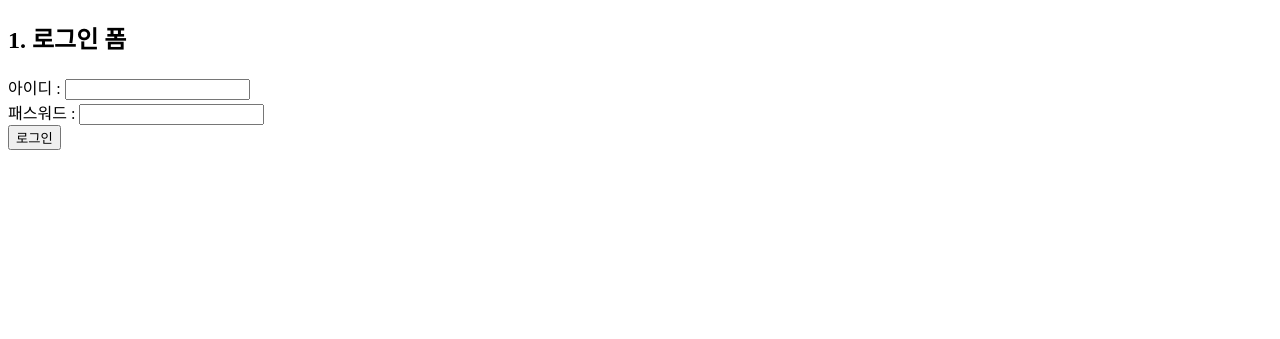
Repository: Park-Dongheon/Servlet-JSP_Training
Page: http://localhost/MustHaveJSP/02ImplicitObject/ResponseMain.jsp
An editor plug-in stored every save of this project. The page is shown before and after the next save, followed by the edit.
The browser window is 1280 px wide. The pictures show the whole page.
The page is served by Tomcat 10.

Above is the page before, as saved 2024-06-07 01:53:31.

After the next save:
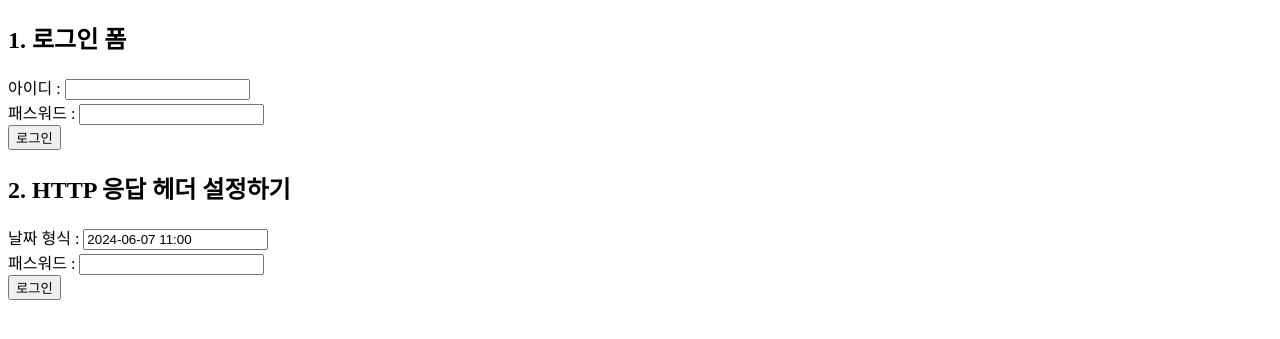
Saved 87 s later.
--- a/MustHaveJSP/src/main/webapp/02ImplicitObject/ResponseMain.jsp
+++ b/MustHaveJSP/src/main/webapp/02ImplicitObject/ResponseMain.jsp
@@ -18,5 +18,12 @@
 		<input type="submit" value="로그인" />
 	</form>
 
+	<h2>2. HTTP 응답 헤더 설정하기</h2>
+	<form action="./ResponseHeader.jsp" method="get">
+		날짜 형식 : <input type="text" name="add_date" value="2024-06-07 11:00" />
+				  <br />
+		패스워드 : <input type="text" name="user_pwd" /><br />
+		<input type="submit" value="로그인" />
+	</form>
 </body>
 </html>
